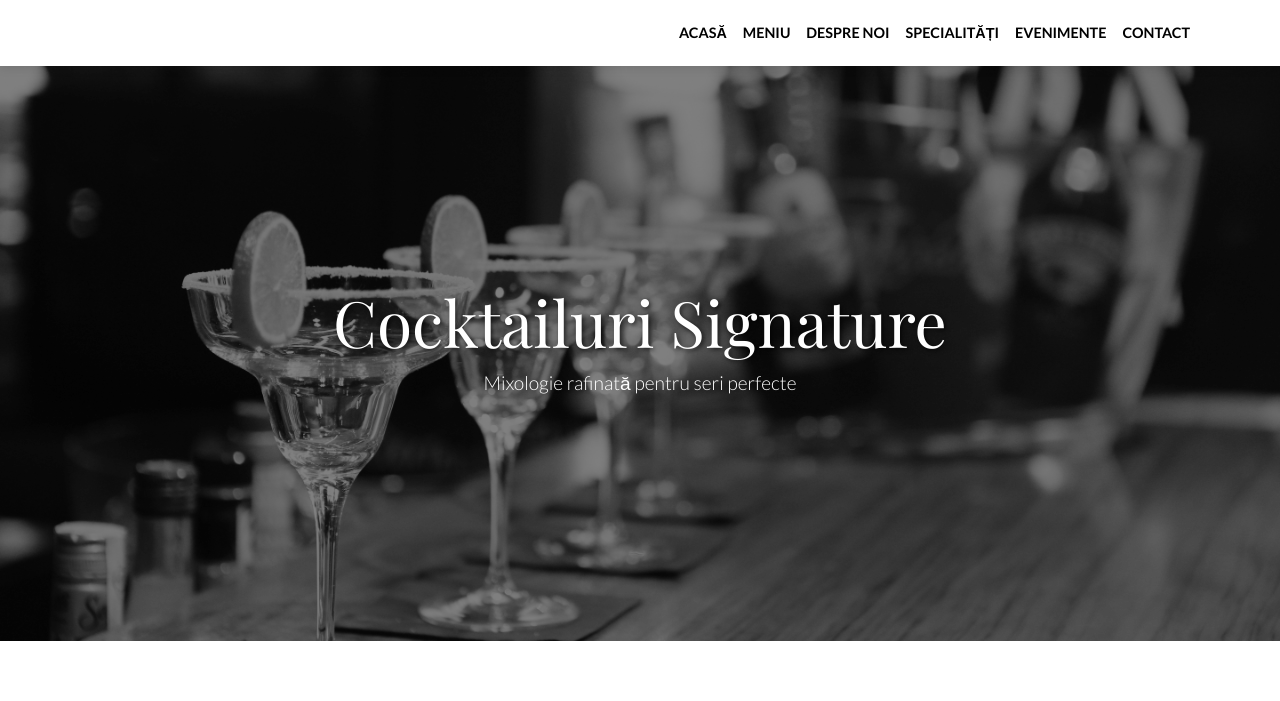
Repository: 912-Comsa-Teodora/bistrot-restaurant
Page: restaurant/index.html
These files come from the project's save history. The page is drawn as it stood at one moment and after the next save; the edit follows.
The browser window is 1280 px wide. The pictures show the part of the page from y = 0 to 701 px (the page is 3068 px tall).
A picture or video elsewhere on the page could not be fetched, so the positions and the page height are approximate.

Above is the page before, as saved 2026-01-17 14:19:16.

After the next save:
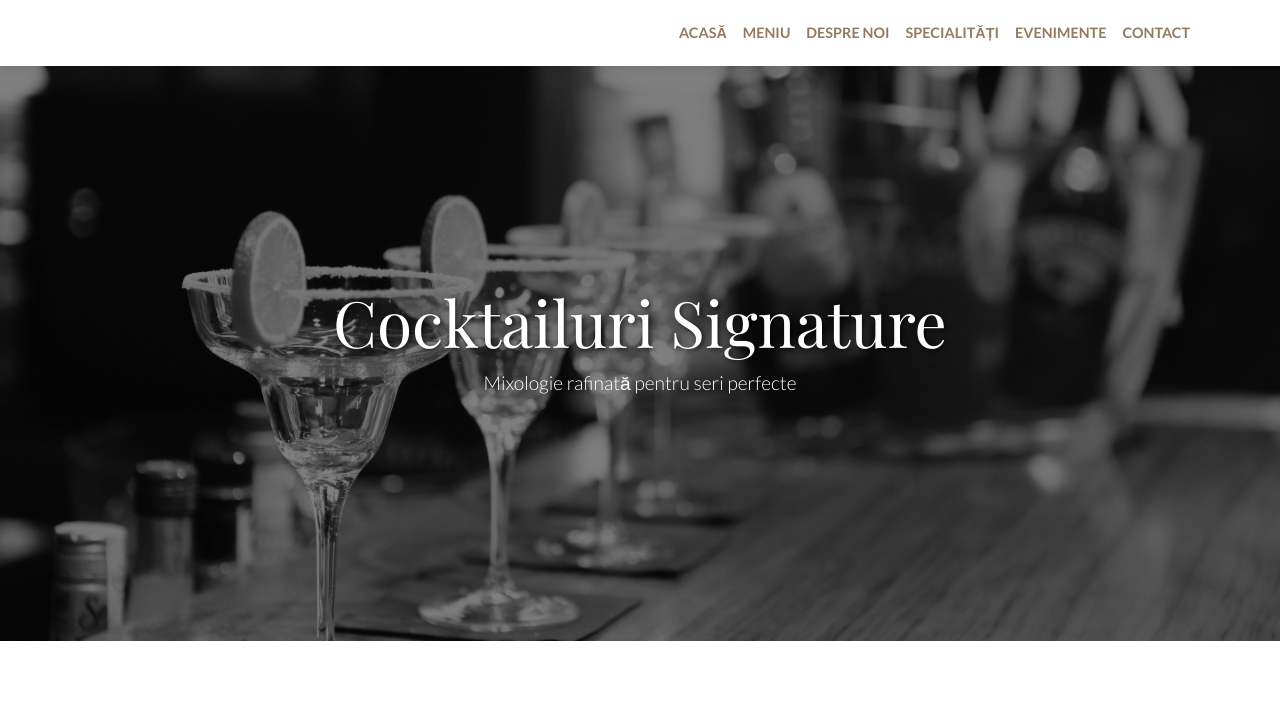
Saved 78 s later.
--- a/restaurant/index.html
+++ b/restaurant/index.html
@@ -23,7 +23,7 @@
 
         body {
             font-family: 'Lato', sans-serif;
-            color: var(--text-dark);
+            color: var(--text-brown);
             padding-top: 65px; /* Pentru a nu ascunde continutul sub meniul fix */
         }
 
